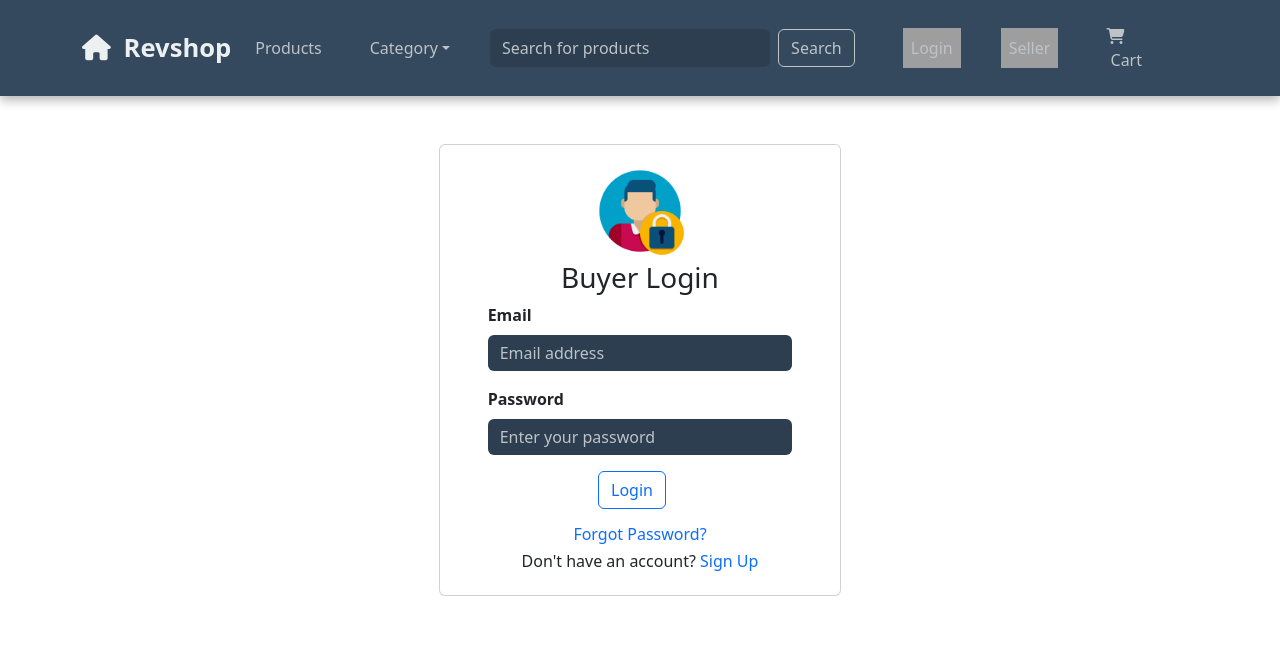
Repository: pratikp99/E-Commerce-Webapp-
Page: http://localhost/Revshop_WebApp/login.jsp
These files come from the project's save history. The page is drawn as it stood at one moment and after the next save; the edit follows.
The browser window is 1280 px wide. The pictures show the whole page.
Pictures or frames that could not be fetched are drawn as grey boxes. The page is served by Tomcat 10. Queries for data that is not in the repository find no rows.

Above is the page before, as saved 2024-08-31 08:09:09.

After the next save:
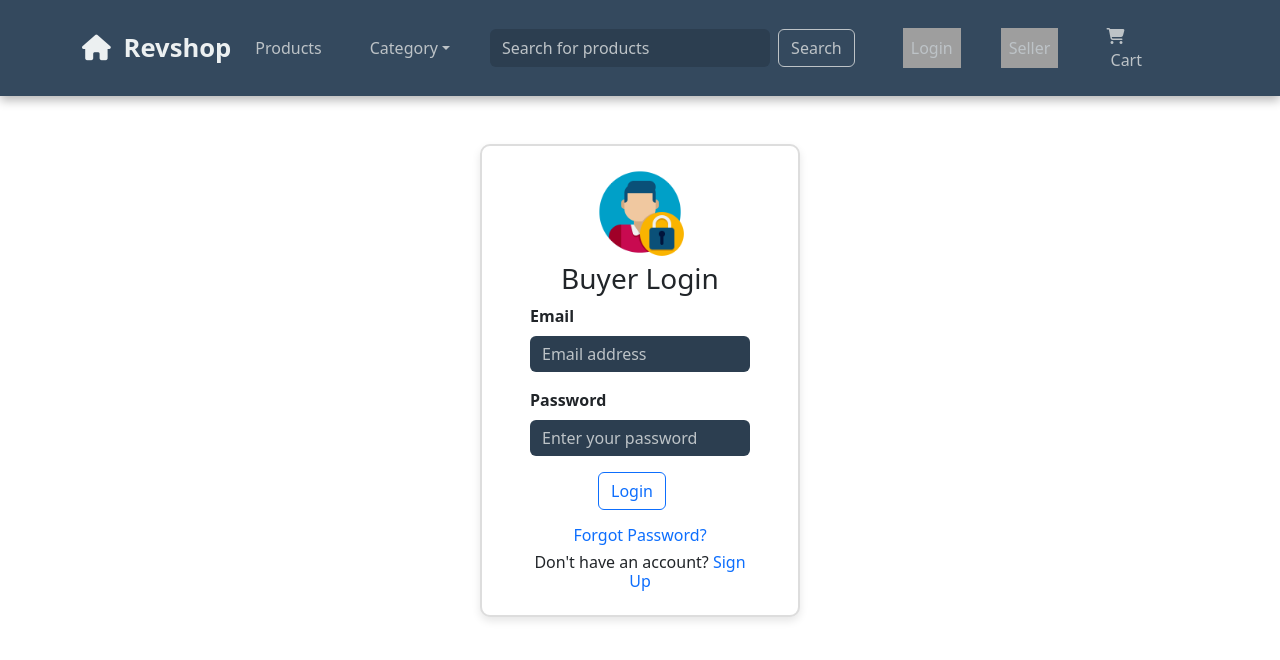
Saved 8 s later.
--- a/Revshop WebApp/src/main/webapp/CSS/style.css
+++ b/Revshop WebApp/src/main/webapp/CSS/style.css
@@ -73,3 +73,91 @@
     font-size: 15px; /* Font size for the discount percentage */
     color: #027a3e; /* Green color for discount */
 }
+.social-link {
+        color: white;
+        text-decoration: none;
+        font-size: 16px;
+        margin-bottom: 10px;
+        display: inline-block;
+    }
+
+    .social-link:hover {
+        color: #17a2b8;
+        text-decoration: underline;
+        transition: color 0.3s ease;
+    }
+
+    .social-link::before {
+        content: '\f0c1'; /* FontAwesome chain icon */
+        font-family: FontAwesome;
+        padding-right: 8px;
+    }
+    .box-container, .card {
+        border: 2px solid #ddd; /* Light gray border */
+        border-radius: 10px; /* Rounded corners */
+        background-color: white; /* Light background color */
+        box-shadow: 0 4px 8px rgba(0, 0, 0, 0.1); /* Subtle shadow for depth */
+        max-width: 320px; /* Set a maximum width for the box */
+        margin: 0 auto; /* Center align the box within the column */
+        transition: transform 0.3s ease, box-shadow 0.3s ease; /* Smooth transition for hover effect */
+    }
+
+    .product-link {
+    text-decoration: none; /* Remove underline from links */
+    color: inherit; /* Inherit color from parent element */
+}
+
+.new-arrival-heading {
+    font-size: 24px; /* Adjust the font size */
+    font-weight: bold; /* Make the font bold */
+    color: #333; /* Set the text color */
+    display: flex; /* Use flexbox for alignment */
+    align-items: center; /* Center items vertically */
+    justify-content: center; /* Center items horizontally */
+    margin: 20px 0; /* Add vertical margin */
+}
+
+.new-arrival-heading .arrow {
+    margin-left: 10px; /* Space between text and arrow */
+    font-size: 30px; /* Adjust the size of the arrow */
+    color: #027a3e; /* Set the color of the arrow */
+}
+
+    .box-container:hover {
+        transform: translateY(-5px); /* Slight lift on hover */
+        box-shadow: 0 8px 16px rgba(0, 0, 0, 0.2); /* Enhance shadow on hover */
+    }
+
+    .box-img {
+        max-width: 100%; /* Ensure image fits within the box */
+        max-height: 300px; /* Limit the height of the image */
+        width: auto; /* Maintain aspect ratio */
+        border-radius: 10px 10px 0 0; /* Rounded top corners for the image */
+    }
+
+    .card:hover {
+        transform: translateY(-5px); /* Slight lift on hover */
+        box-shadow: 0 8px 16px rgba(0, 0, 0, 0.2); /* Enhance shadow on hover */
+    }
+.cus-card {
+	border-radius: 50%;
+	border-color: transparent;
+	max-height: 200px;
+	max-width: 200px;
+	max-height: 200px;
+}
+
+.real-price {
+	font-size: 20px !important;
+	font-weight: 600;
+}
+
+.product-price {
+	font-size: 17px !important;
+	text-decoration: line-through;
+}
+
+.product-discount {
+	font-size: 15px !important;
+	color: #027a3e;
+}

After the save that followed:
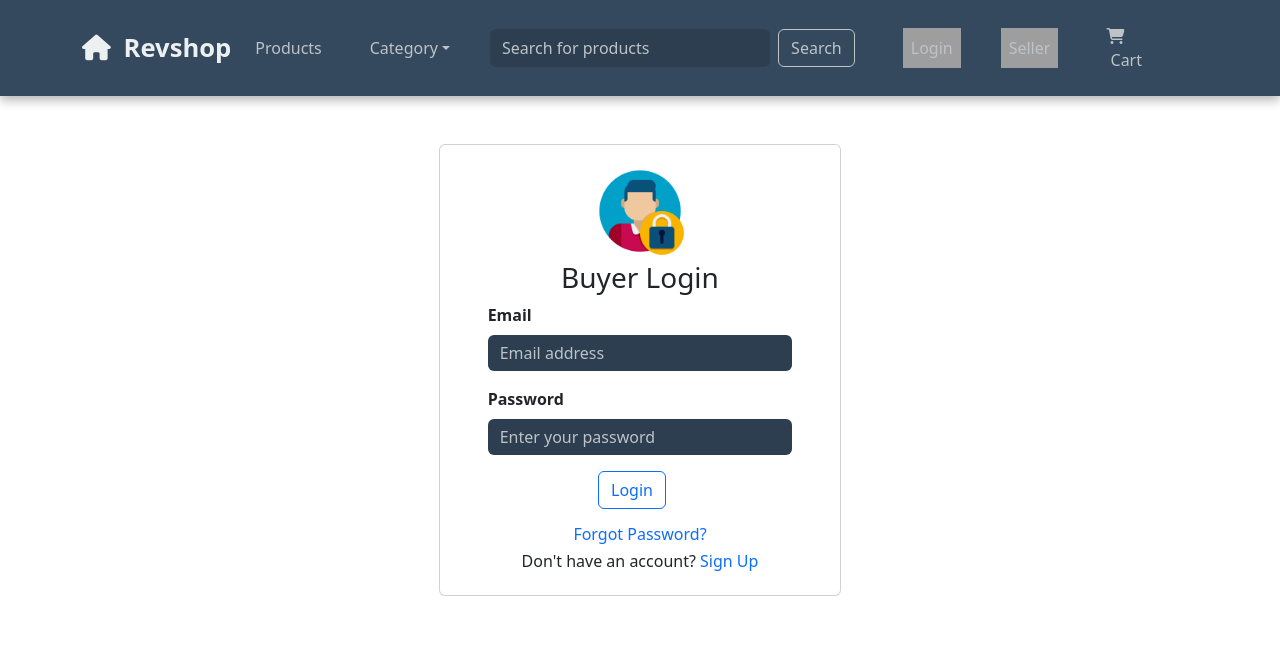
Saved 15 s later.
--- a/Revshop WebApp/src/main/webapp/CSS/style.css
+++ b/Revshop WebApp/src/main/webapp/CSS/style.css
@@ -73,91 +73,3 @@
     font-size: 15px; /* Font size for the discount percentage */
     color: #027a3e; /* Green color for discount */
 }
-.social-link {
-        color: white;
-        text-decoration: none;
-        font-size: 16px;
-        margin-bottom: 10px;
-        display: inline-block;
-    }
-
-    .social-link:hover {
-        color: #17a2b8;
-        text-decoration: underline;
-        transition: color 0.3s ease;
-    }
-
-    .social-link::before {
-        content: '\f0c1'; /* FontAwesome chain icon */
-        font-family: FontAwesome;
-        padding-right: 8px;
-    }
-    .box-container, .card {
-        border: 2px solid #ddd; /* Light gray border */
-        border-radius: 10px; /* Rounded corners */
-        background-color: white; /* Light background color */
-        box-shadow: 0 4px 8px rgba(0, 0, 0, 0.1); /* Subtle shadow for depth */
-        max-width: 320px; /* Set a maximum width for the box */
-        margin: 0 auto; /* Center align the box within the column */
-        transition: transform 0.3s ease, box-shadow 0.3s ease; /* Smooth transition for hover effect */
-    }
-
-    .product-link {
-    text-decoration: none; /* Remove underline from links */
-    color: inherit; /* Inherit color from parent element */
-}
-
-.new-arrival-heading {
-    font-size: 24px; /* Adjust the font size */
-    font-weight: bold; /* Make the font bold */
-    color: #333; /* Set the text color */
-    display: flex; /* Use flexbox for alignment */
-    align-items: center; /* Center items vertically */
-    justify-content: center; /* Center items horizontally */
-    margin: 20px 0; /* Add vertical margin */
-}
-
-.new-arrival-heading .arrow {
-    margin-left: 10px; /* Space between text and arrow */
-    font-size: 30px; /* Adjust the size of the arrow */
-    color: #027a3e; /* Set the color of the arrow */
-}
-
-    .box-container:hover {
-        transform: translateY(-5px); /* Slight lift on hover */
-        box-shadow: 0 8px 16px rgba(0, 0, 0, 0.2); /* Enhance shadow on hover */
-    }
-
-    .box-img {
-        max-width: 100%; /* Ensure image fits within the box */
-        max-height: 300px; /* Limit the height of the image */
-        width: auto; /* Maintain aspect ratio */
-        border-radius: 10px 10px 0 0; /* Rounded top corners for the image */
-    }
-
-    .card:hover {
-        transform: translateY(-5px); /* Slight lift on hover */
-        box-shadow: 0 8px 16px rgba(0, 0, 0, 0.2); /* Enhance shadow on hover */
-    }
-.cus-card {
-	border-radius: 50%;
-	border-color: transparent;
-	max-height: 200px;
-	max-width: 200px;
-	max-height: 200px;
-}
-
-.real-price {
-	font-size: 20px !important;
-	font-weight: 600;
-}
-
-.product-price {
-	font-size: 17px !important;
-	text-decoration: line-through;
-}
-
-.product-discount {
-	font-size: 15px !important;
-	color: #027a3e;
-}
